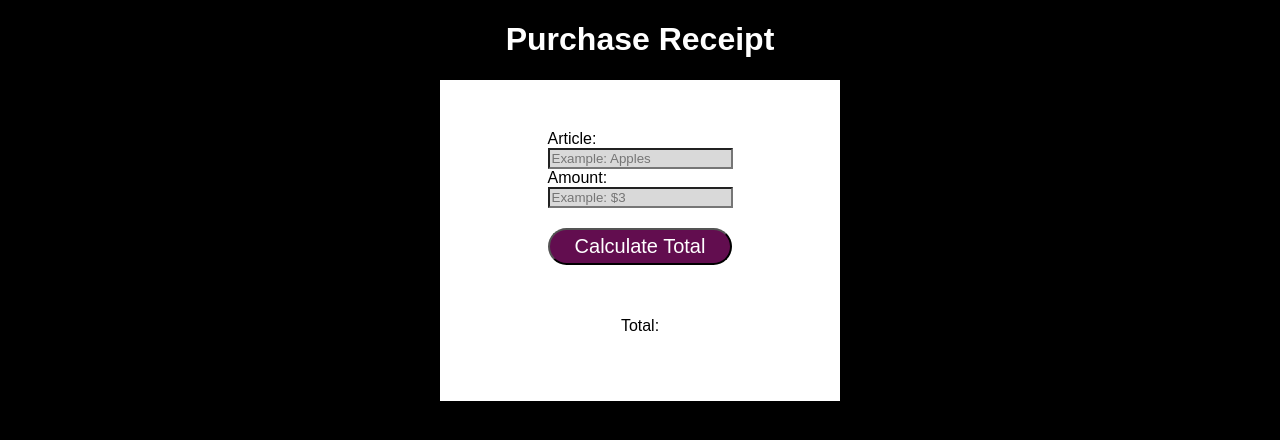
Repository: cokoduwa/js-study-group
Page: exercises/01/index.html
An editor plug-in stored every save of this project. The page is shown before and after the next save, followed by the edit.
The browser window is 1280 px wide. The pictures show the whole page.

Above is the page before, as saved 2023-02-14 21:47:02.

After the next save:
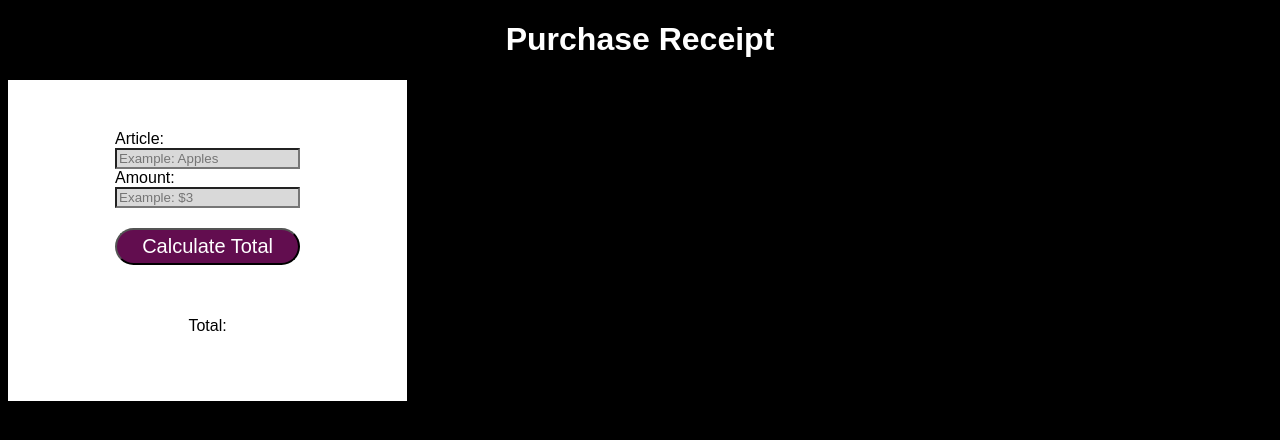
Saved 9 s later.
--- a/exercises/01/index.css
+++ b/exercises/01/index.css
@@ -4,7 +4,7 @@
 }
 
 section {
-    margin: 0 auto;
+    margin: 10 auto;
     background-color: white;
     padding: 50px 10px;
     width: 30%;

After the save that followed:
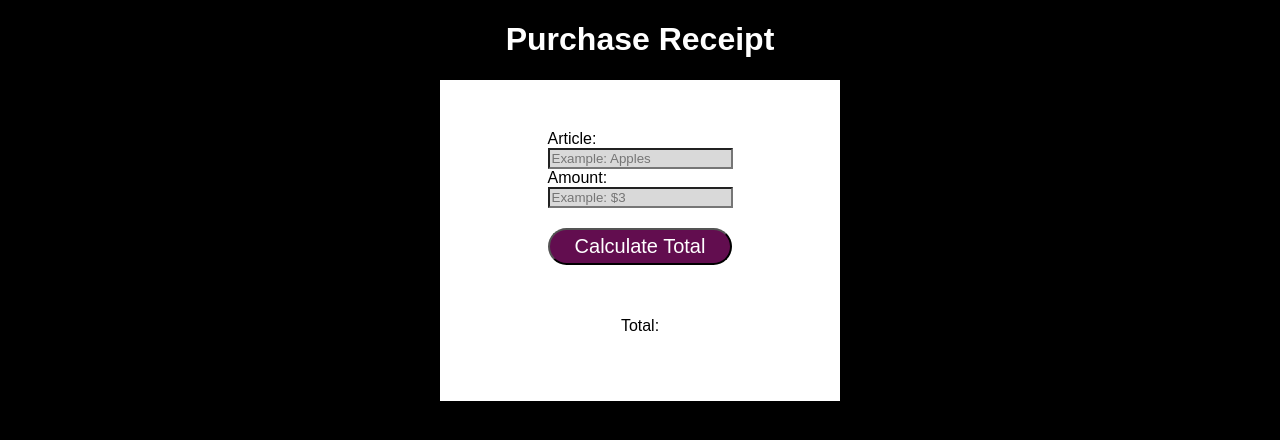
Saved 4 s later.
--- a/exercises/01/index.css
+++ b/exercises/01/index.css
@@ -4,7 +4,7 @@
 }
 
 section {
-    margin: 10 auto;
+    margin: 0 auto;
     background-color: white;
     padding: 50px 10px;
     width: 30%;
